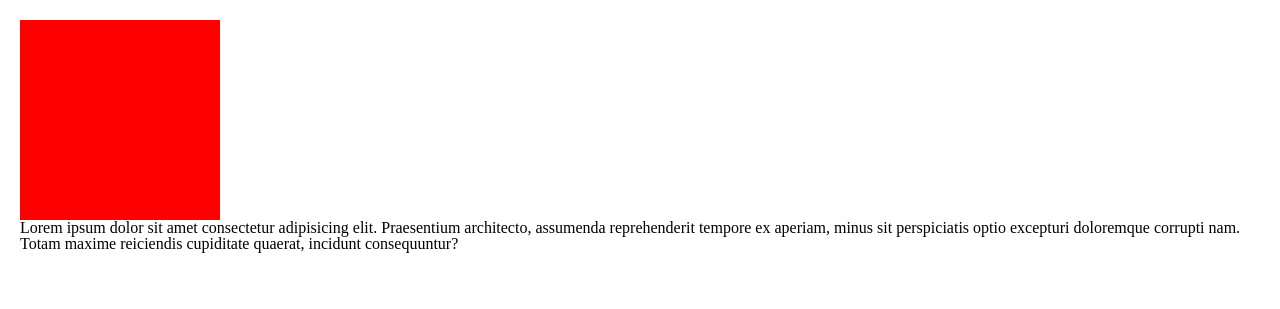
Repository: hoang71299/fe_26
Page: noti/index.html
An editor plug-in stored every save of this project. The page is shown before and after the next save, followed by the edit.
The browser window is 1280 px wide. The pictures show the whole page.

Above is the page before, as saved 2023-04-07 00:18:16.

After the next save:
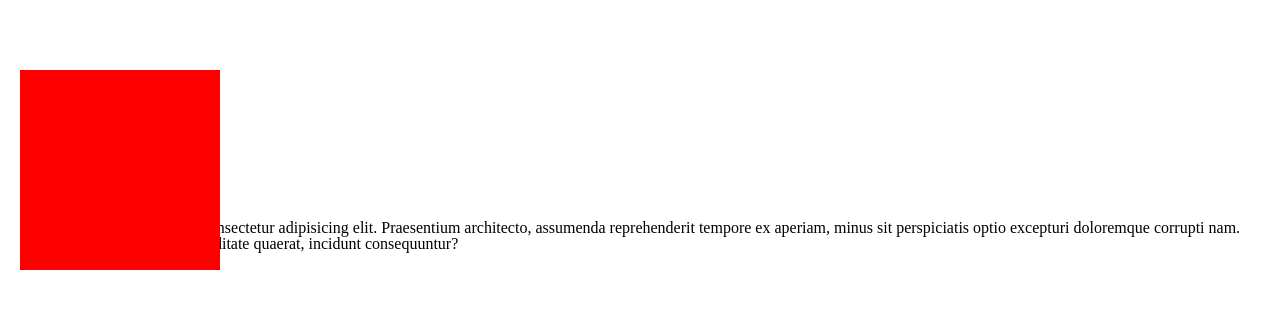
Saved 4 s later.
--- a/noti/style.css
+++ b/noti/style.css
@@ -75,5 +75,6 @@
   height: 200px;
   background-color: red;
   /* margin-top: 20px; */
-  po
+  position: relative;
+  top: 50px;
 }

After the save that followed:
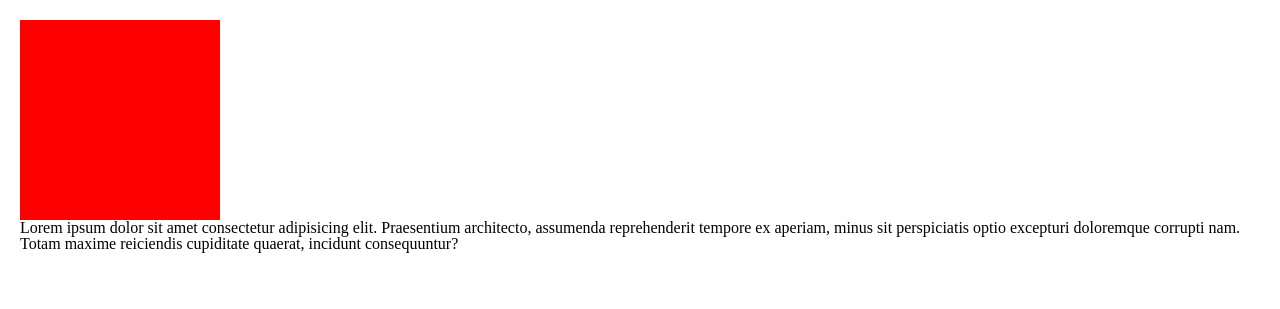
Saved 8 s later.
--- a/noti/style.css
+++ b/noti/style.css
@@ -75,6 +75,5 @@
   height: 200px;
   background-color: red;
   /* margin-top: 20px; */
-  position: relative;
-  top: 50px;
+
 }
